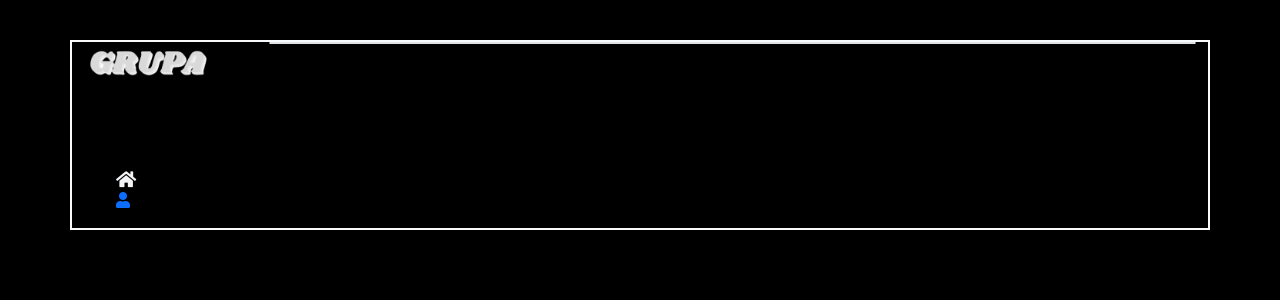
Repository: latenightsnacc/urban-pancake
Page: index.html
The author's editor kept a copy of each file at every save. The page is drawn from the files as they stood at one save, then again after the next save.
The browser window is 1280 px wide. The pictures show the whole page.
Some web libraries are served in a nearby version.

Above is the page before, as saved 2021-04-30 14:28:13.

After the next save:
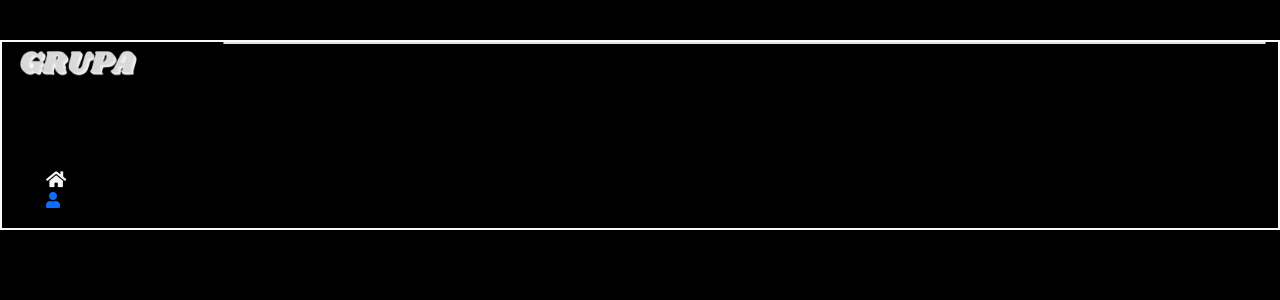
Saved 2 min 8 s later.
--- a/index.html
+++ b/index.html
@@ -18,7 +18,7 @@
     <title>GRUPA</title>
 </head>
 <body class="bg-black pt-10">
-    <main class="container border-2 border-gray-50">
+    <main class="container-fluid border-2 border-gray-50">
         <div class="w-full flex flex-row">
             <div class="w-1/6">
                 <a href="index.html">

After the save that followed:
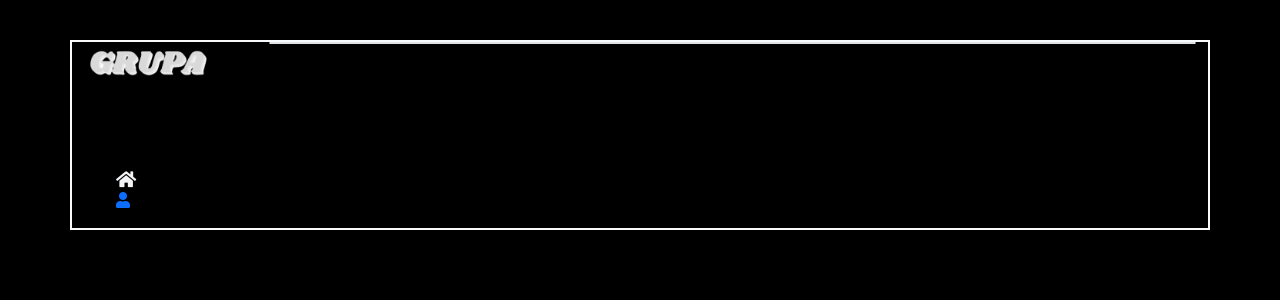
Saved 20 s later.
--- a/index.html
+++ b/index.html
@@ -18,7 +18,7 @@
     <title>GRUPA</title>
 </head>
 <body class="bg-black pt-10">
-    <main class="container-fluid border-2 border-gray-50">
+    <main class="container border-2 border-gray-50">
         <div class="w-full flex flex-row">
             <div class="w-1/6">
                 <a href="index.html">
